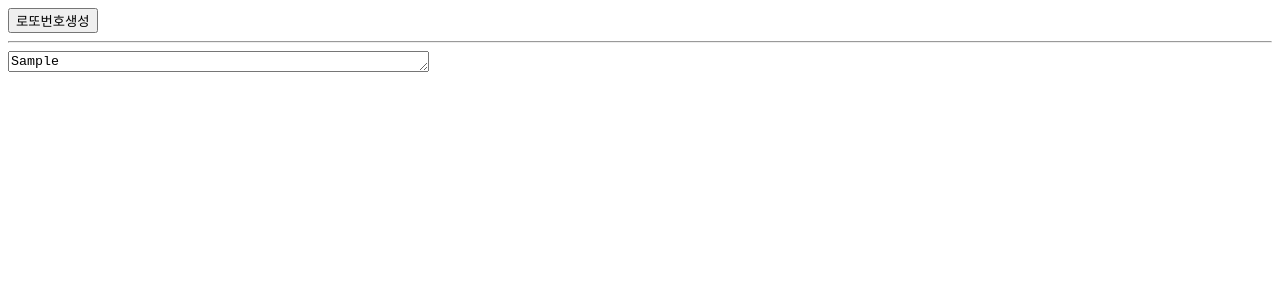
Repository: Yejin-source/st-work
Page: join/src/main/webapp/lotto.html
The author's editor kept a copy of each file at every save. The page is drawn from the files as they stood at one save, then again after a run of saves.
The browser window is 1280 px wide. The pictures show the whole page.
Empty fields were first filled with sample values (such as "Sample", 5 or name@example.com).
After loading, the first visible `button` was clicked once.

Above is the page before, as saved 2025-04-30 03:24:21.
Console error: SyntaxError: Unexpected token '}'

### join/src/main/webapp/lotto.html
<!DOCTYPE html>
<html>
<head>
<meta charset="UTF-8">
<title>Insert title here</title>
</head>
<body>
	<button type="button" onclick="lotto()">로또번호생성</button>
	<hr>
	<textarea rows="1" cols="50" id="lottoNumber"></textarea>
	<script>
		let lotto = function() {
			let balls = new Array(45);
			for(let i=0; i<balls.length; i++) {
				balls[i] = i+1; // 1 ~ 45
			}
			console.log(balls); // 1 ~ 45

			let result = balls.slice(0, 6); // index 0값 ~ index 5값
			let output = '';
			for(let i=0; i<result.length; i++) {
				output = output + result[i] + ' ';
			}


			document.querySelector('#lottoNumber').value =
		}
	</script>
</body>
</html>

After the next 2 saves:
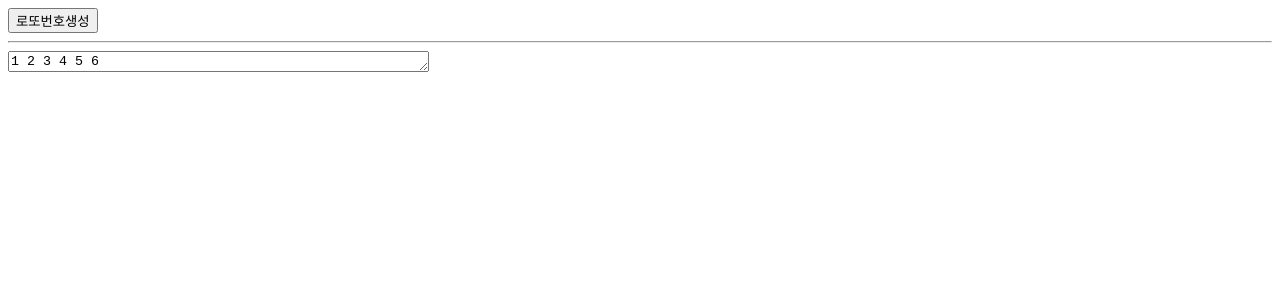
The error is gone.
The 2 saves are shown as one change because they came seconds apart.
The last was saved 9 s later.
--- a/join/src/main/webapp/lotto.html
+++ b/join/src/main/webapp/lotto.html
@@ -22,8 +22,7 @@
 				output = output + result[i] + ' ';
 			}
 
-
-			document.querySelector('#lottoNumber').value =
+			document.querySelector('#lottoNumber').value = output;
 		}
 	</script>
 </body>
